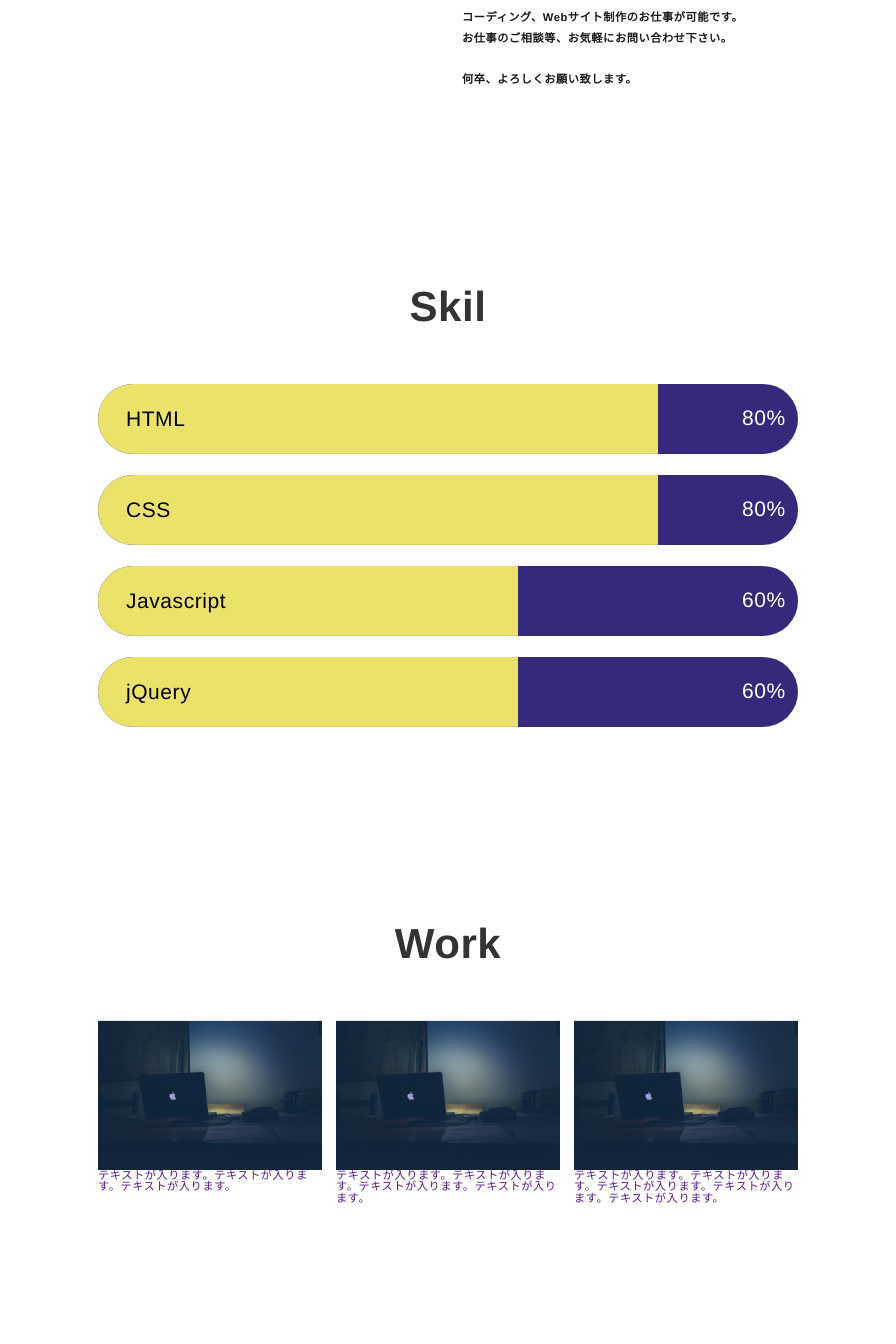
Repository: sadayuki15/portfolio
Page: index.html
The author's editor kept a copy of each file at every save. The page is drawn from the files as they stood at one save, then again after a run of saves.
The browser window is 1280 px wide. The pictures show the part of the page from y = 1328 to 3248 px (the page is 3248 px tall), at 70% of full size.

Above is the page before, as saved 2021-04-22 16:03:44.

After the next 4 saves:
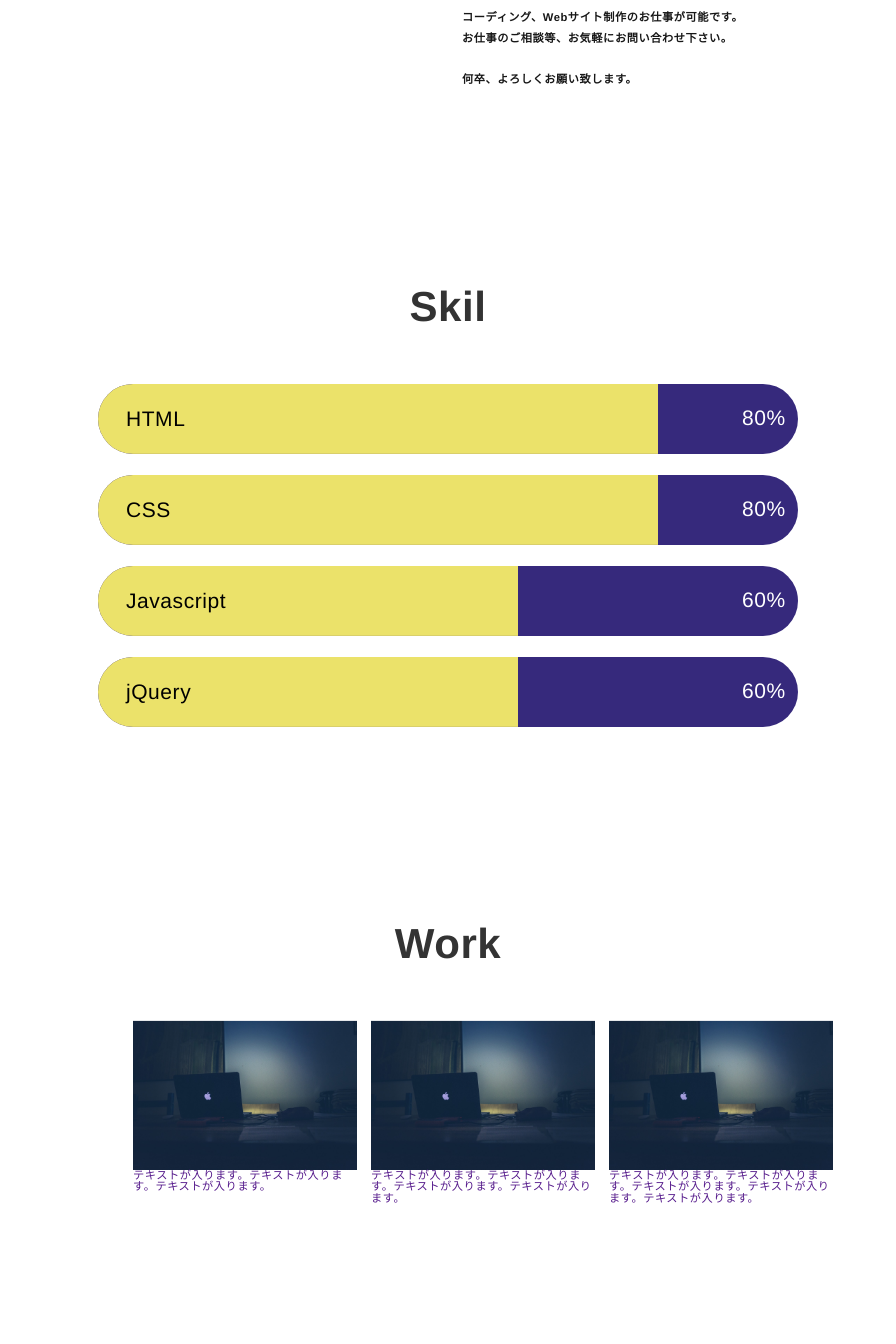
The 4 saves are shown as one change because they came seconds apart.
The last was saved 46 s later.
--- a/css/style.css
+++ b/css/style.css
@@ -187,6 +187,7 @@ img {
 .work-list {
   width: 1000px;
   margin: 0 auto 50px;
+  padding: 0 50px;
   display: flex;
   justify-content: space-between;
 }
